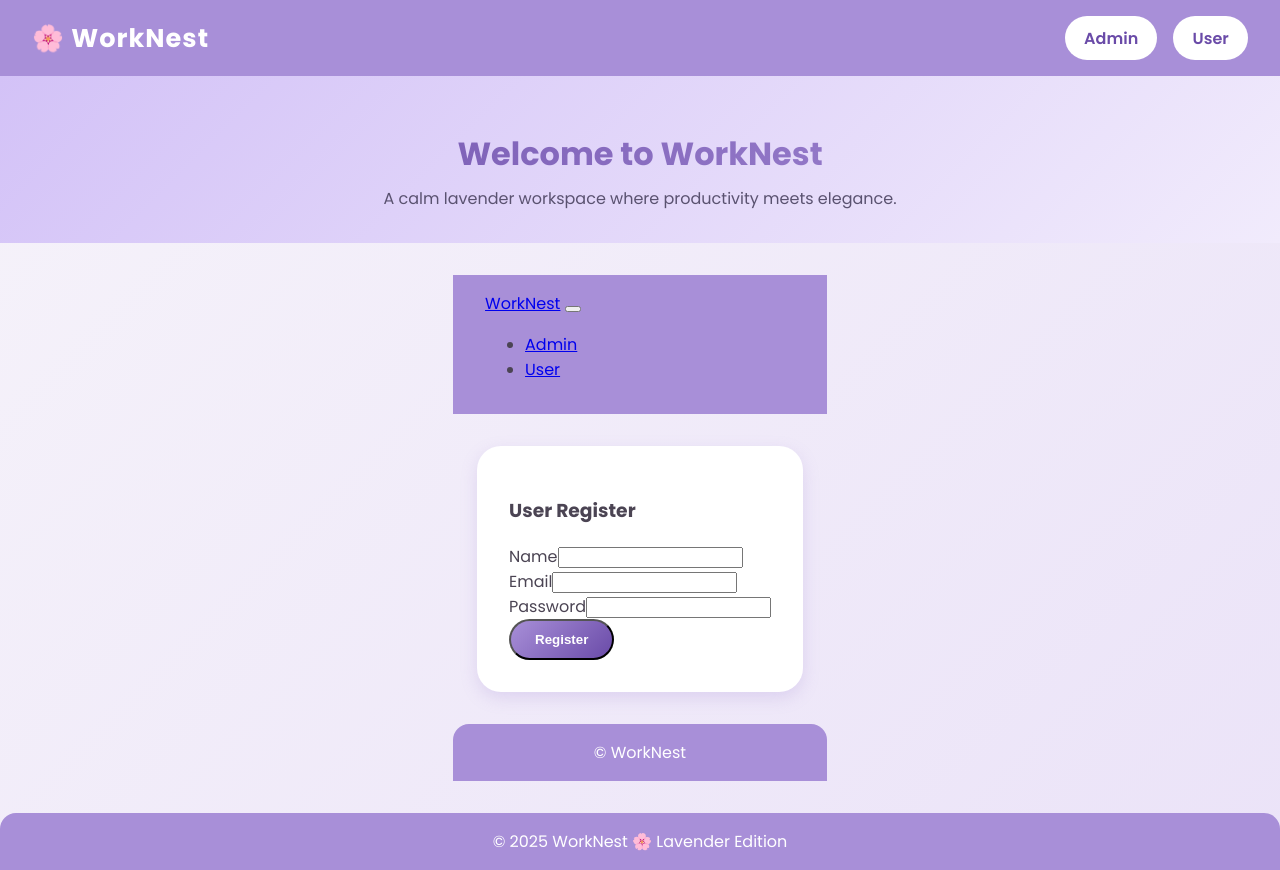
Repository: Sourav5harma/WiproProject
Page: http://localhost/WorkNestApp/WEB-INF/jsp/user-register.jsp
The author's editor kept a copy of each file at every save. The page is drawn from the files as they stood at one save, then again after the next save.
The browser window is 1280 px wide. The pictures show the whole page.
The page is served by Tomcat 9. Nobody is signed in. Other server files are loaded and not shown. The template is opened directly, without the code that normally fills it, so the values that code supplies are empty.

Above is the page before, as saved 2025-08-26 02:44:28.

### WorkNestApp/src/main/webapp/WEB-INF/jsp/user-register.jsp
<%@ page contentType="text/html;charset=UTF-8" language="java" %>
<%@ taglib prefix="c" uri="http://java.sun.com/jsp/jstl/core" %>
<!DOCTYPE html>
<html lang="en">
<head>
  <title>WorkNest</title>
  <link href="https://fonts.googleapis.com/css2?family=Poppins:wght@400;600;700&display=swap" rel="stylesheet">
  <style>
    body { margin:0; min-height:100vh; display:flex; flex-direction:column;
           font-family:'Poppins',sans-serif; background:linear-gradient(135deg,#f6f3fa,#ebe3f8); color:#4b4453; }
    nav { display:flex; justify-content:space-between; align-items:center; background:#a88fd8; padding:1rem 2rem; }
    nav .title { font-size:1.6rem; font-weight:700; color:white; letter-spacing:1px; }
    nav .actions { display:flex; gap:1rem; }
    nav .actions a { padding:0.6rem 1.2rem; border-radius:30px; background:white; color:#6a4ba8;
                     font-weight:600; text-decoration:none; transition:all 0.3s ease; }
    nav .actions a:hover { background:#d3c2f7; color:white; }
    .hero { text-align:center; padding:2rem 1rem; background:linear-gradient(135deg,#d3c2f7,#f1ebfc); }
    .hero h1 { font-size:2rem; margin-bottom:0.5rem; background:linear-gradient(to right,#6a4ba8,#a88fd8);
               -webkit-background-clip:text; -webkit-text-fill-color:transparent; }
    .hero p { font-size:1rem; color:#5a5270; max-width:600px; margin:0 auto; }
    .container { flex-grow:1; max-width:1000px; margin:2rem auto; padding:0 1.5rem; }
    .card { background:white; padding:2rem; border-radius:1.5rem; box-shadow:0 6px 16px rgba(168,143,216,0.25);
            transition:transform 0.3s, box-shadow 0.3s; }
    .card:hover { transform:translateY(-6px); box-shadow:0 10px 22px rgba(168,143,216,0.35); }
    footer { background:#a88fd8; color:white; padding:1rem; text-align:center; border-top-left-radius:1rem;
             border-top-right-radius:1rem; margin-top:auto; }
    .btn { display:inline-block; padding:0.7rem 1.5rem; border-radius:50px;
           background:linear-gradient(135deg,#a88fd8,#6a4ba8); color:white; font-weight:600; text-decoration:none; transition:all 0.3s ease; }
    .btn:hover { box-shadow:0 6px 16px rgba(168,143,216,0.4); transform:translateY(-2px); }
  </style>
</head>
<body>
<nav>
  <div class="title">🌸 WorkNest</div>
  <div class="actions">
    <a href="<c:url value='/admin/login'/>">Admin</a>
    <a href="<c:url value='/user/login'/>">User</a>
  </div>
</nav>
<div class="hero">
  <h1>Welcome to WorkNest</h1>
  <p>A calm lavender workspace where productivity meets elegance.</p>
</div>
<div class="container">

<nav class="navbar navbar-expand-lg navbar-dark bg-primary">
  <div class="container-fluid">
    <a class="navbar-brand fw-bold" href="<c:url value='/'/>">WorkNest</a>
    <button class="navbar-toggler" type="button" data-bs-toggle="collapse" data-bs-target="#nav">
      <span class="navbar-toggler-icon"></span>
    </button>
    <div class="collapse navbar-collapse" id="nav">
      <ul class="navbar-nav ms-auto">
        <li class="nav-item"><a class="nav-link" href="<c:url value='/admin/login'/>">Admin</a></li>
        <li class="nav-item"><a class="nav-link" href="<c:url value='/user/login'/>">User</a></li>
      </ul>
    </div>
  </div>
</nav>
<div class="container my-4">

<div class="row justify-content-center">
  <div class="col-md-6">
    <div class="card shadow-sm"><div class="card-body">
      <h3 class="mb-3">User Register</h3>
      <c:if test="${not empty error}"><div class="alert alert-danger">${error}</div></c:if>
      <form method="post" action="<c:url value='/user/register'/>">
        <div class="mb-3"><label>Name</label><input name="name" class="form-control" required></div>
        <div class="mb-3"><label>Email</label><input name="email" type="email" class="form-control" required></div>
        <div class="mb-3"><label>Password</label><input name="password" type="password" class="form-control" required></div>
        <button class="btn btn-success">Register</button>
      </form>
    </div></div>
  </div>
</div>

</div>
<footer class="text-center text-muted py-4">© WorkNest</footer>

</div>
<footer>© 2025 WorkNest 🌸 Lavender Edition</footer>
</body>
</html>

After the next save:
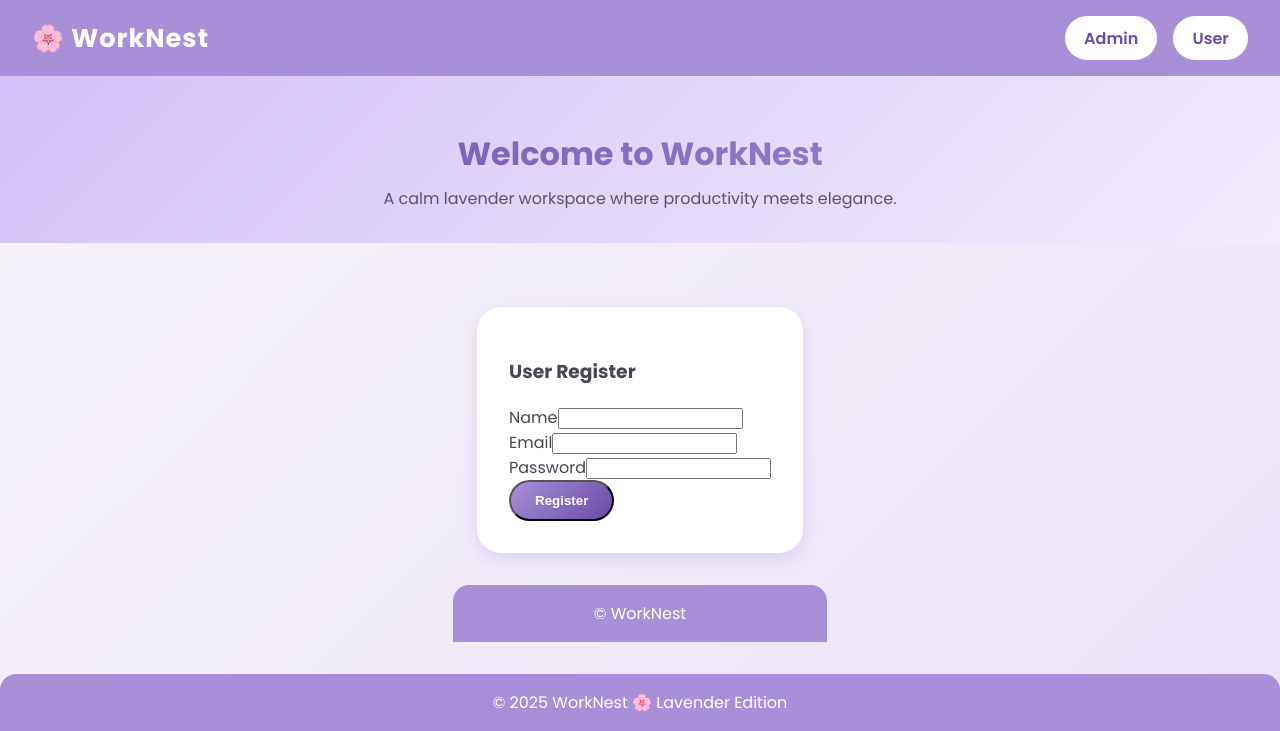
Saved 113 s later.
--- a/WorkNestApp/src/main/webapp/WEB-INF/jsp/user-register.jsp
+++ b/WorkNestApp/src/main/webapp/WEB-INF/jsp/user-register.jsp
@@ -42,7 +42,7 @@
   <p>A calm lavender workspace where productivity meets elegance.</p>
 </div>
 <div class="container">
-
+<%--
 <nav class="navbar navbar-expand-lg navbar-dark bg-primary">
   <div class="container-fluid">
     <a class="navbar-brand fw-bold" href="<c:url value='/'/>">WorkNest</a>
@@ -56,7 +56,7 @@
       </ul>
     </div>
   </div>
-</nav>
+</nav> --%>
 <div class="container my-4">
 
 <div class="row justify-content-center">
